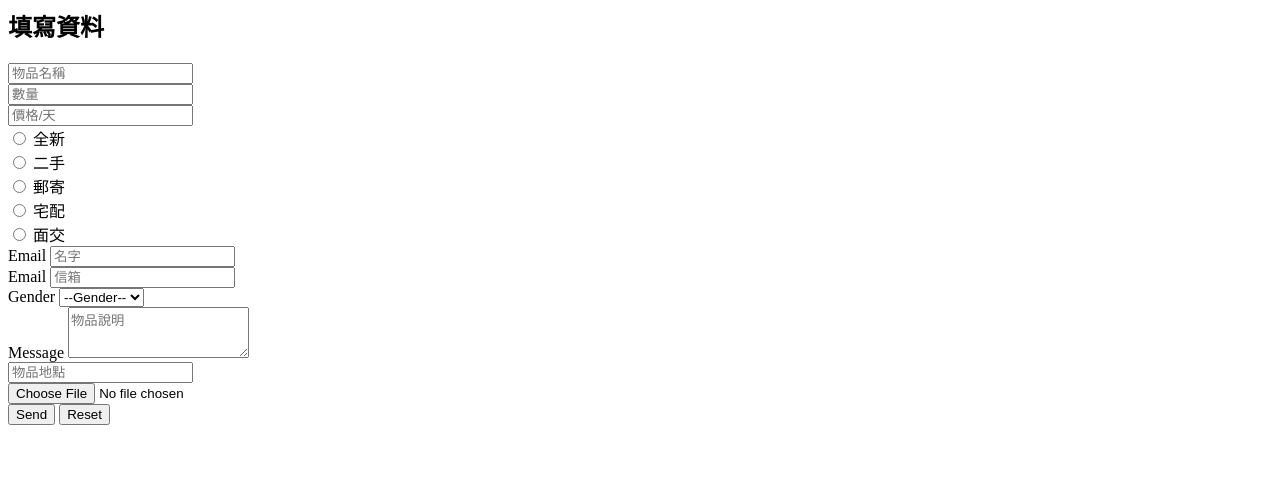
Repository: suwenyu/Borrow_and_Land
Page: post.html
The author's editor kept a record of every edit. The page is drawn from the files as they stood at one moment, then again after the next edit.
The browser window is 1280 px wide. The pictures show the whole page.

Above is the page before.

After the next edit:
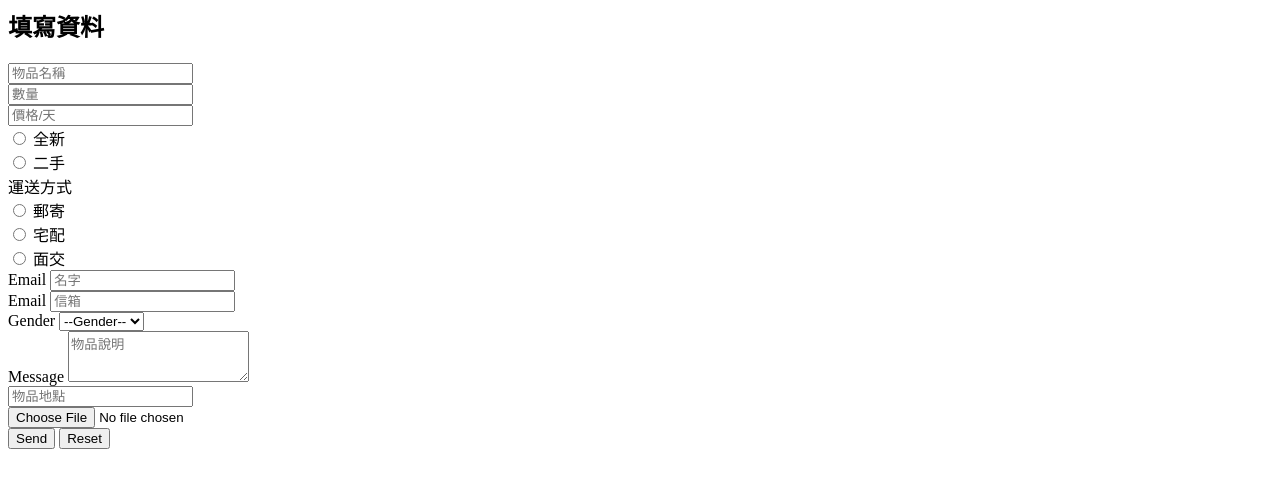
The edit:
--- a/post.html
+++ b/post.html
@@ -41,7 +41,7 @@
 				    <div class="col-md-12">
 				        <div class="form-group">
 				            <div class="col-md-6">
-
+				                運送方式
 				            </div>
 				            <div class="col-md-6">
 				                <div class="col-md-4">
